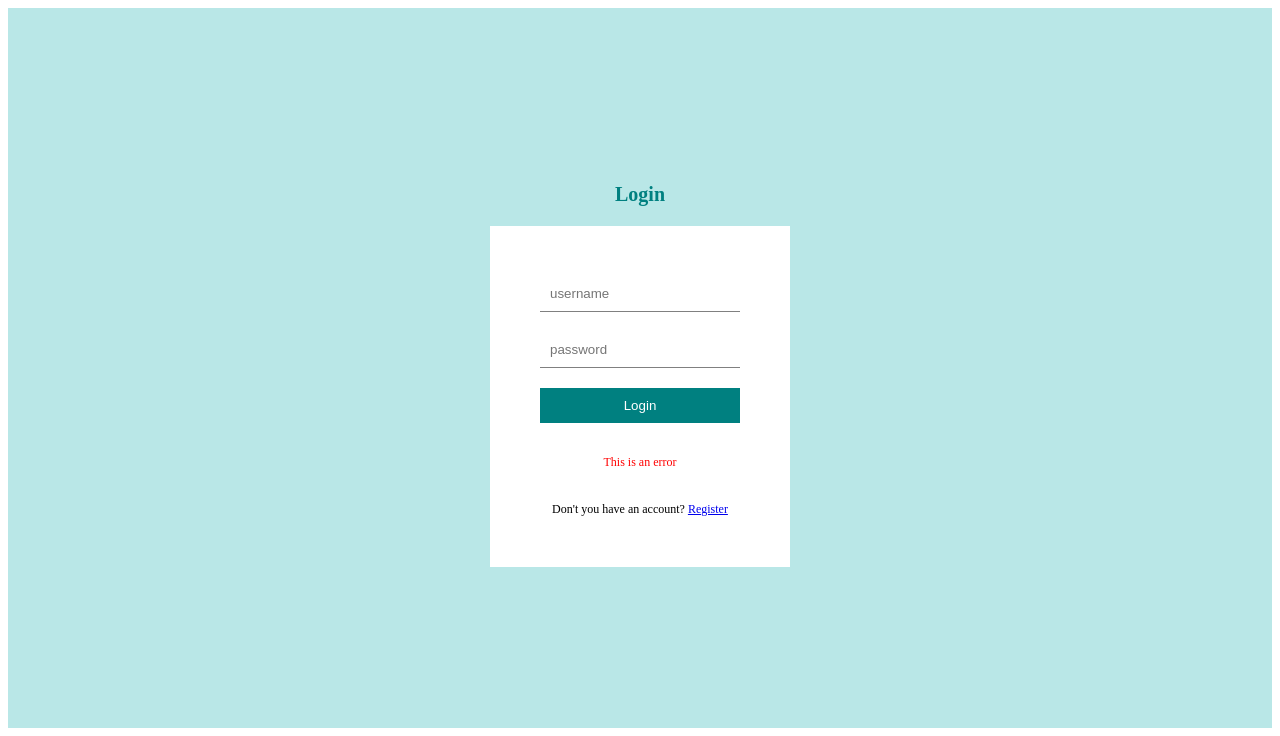
Repository: Jace9999/V-Blog
Page: /login (app in client/youtube2022/)
These files come from the project's save history. The page is drawn as it stood at one moment and after the next save; the edit follows.
The browser window is 1280 px wide. The pictures show the whole page.
The project was rebuilt for these pictures with package versions that can differ from the ones it lists, and the page was loaded fresh each time. Also part of the build but not shown: client/youtube2022/src/pages/Register.jsx, client/youtube2022/src/pages/Home.jsx, client/youtube2022/src/pages/Single.jsx, client/youtube2022/src/pages/Write.jsx, client/youtube2022/src/components/Navbar.jsx, client/youtube2022/src/components/Footer.jsx.

Above is the page before, as saved 2023-08-02 15:28:24.

After the next save:
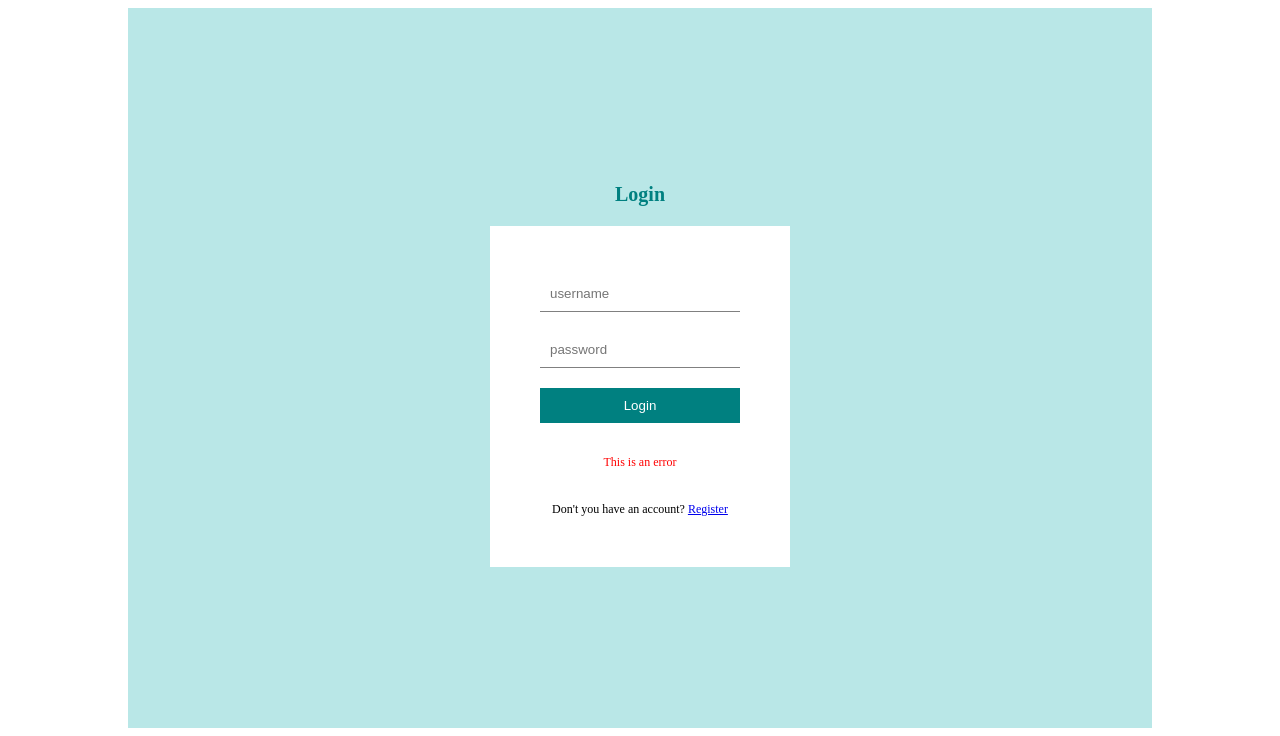
Saved 2 min 50 s later.
--- a/client/youtube2022/src/style.scss
+++ b/client/youtube2022/src/style.scss
@@ -2,7 +2,15 @@
 $lightGreen: #b9e7e7;
 
 .app{
+    display: flex;
+    justify-self: center;
     .container{
+        width: 1024px;
+
+        .link{
+            text-decoration: none;
+            color: inherit;
+        }
         //Login & Register
          .auth{
             display:flex;
